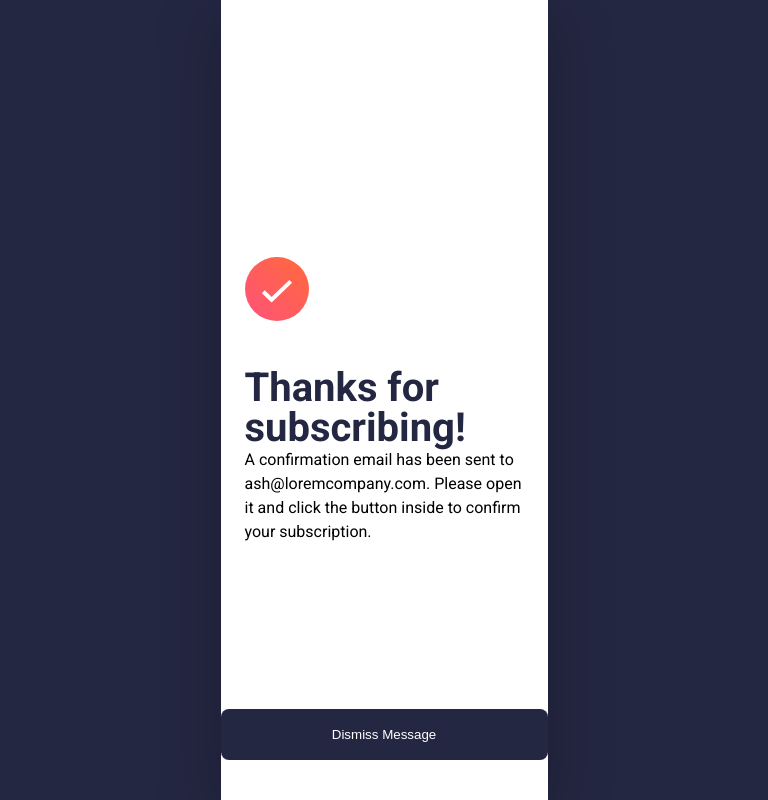
Repository: brandontaylor1/newsletter-signup
Page: success.html
An editor plug-in stored every save of this project. The page is shown before and after a run of saves, followed by the edit.
The browser window is 768 px wide. The pictures show the whole page.

Above is the page before, as saved 2025-01-20 10:36:14.

### success.html
<!DOCTYPE html>
<html lang="en">
<head>
    <meta charset="UTF-8">
    <meta name="viewport" content="width=device-width, initial-scale=1.0">
    <link rel="preconnect" href="https://fonts.googleapis.com">
    <link rel="preconnect" href="https://fonts.gstatic.com" crossorigin>
    <link href="https://fonts.googleapis.com/css2?family=Roboto:ital,wght@0,100..900;1,100..900&display=swap" rel="stylesheet">
    <link rel="stylesheet" href="success.css">
    <title>Success | Newsletter Sign Up</title>
</head>
<body>
    <main class="container">
        <div class="success-card">
            <div class="success-card-text">
                <img src="./assets/images/icon-success.svg" alt="success icon">
                <h1>Thanks for subscribing!</h1>
                <p>A confirmation email has been sent to <span>ash@loremcompany.com</span>. Please open it and click the button inside to confirm your subscription.</p>
            </div>
            <button id="dismiss-btn">Dismiss Message</button>
        </div>
    </main>


    <script src="success.js"></script>
</body>
</html>

### success.css
* {
    margin: 0;
    padding: 0;
    box-sizing: border-box;
}

:root {
    /* COLORS */

    --primary-color-tomato: hsl(4, 100%, 67%);
    --neutral-color-white: hsl(0, 0%, 100%);
    --neutral-color-darkGray: hsl(234, 29%, 20%);
    --neutral-color-charcoalGray: hsl(235, 18%, 26%);
    --neutral-color-gray: hsl(231, 7%, 60%);

    /* FONTS */
    --fontWeight-regular: 400;
    --fontWeight-heavy: 700;
}

body {
    font-family: "Roboto", sans-serif;
    font-size: 16px;
    line-height: 1.5;
}

.container {
    display: flex;
    justify-content: center;
    align-items: center;
    height: 100vh;
    background-color: var(--neutral-color-darkGray);
}

.success-card {
    width: 504px;
    height: 520px;
    background-color: var(--neutral-color-white);
    border-radius: 36px;
    box-shadow: 0px 15px 60px 0px rgba(0, 0, 0, 0.25);
    padding: 64px 64px;
    display: flex;
    flex-direction: column;
    justify-content: space-between;
    align-items: left;
    position: relative;

}

.success-card h1 {
    color: var(--neutral-color-darkGray);
    /* Heading */
    font-family: Roboto;
    font-size: 56px;
    font-style: normal;
    font-weight: 700;
    line-height: 100%; /* 56px */
}

.success-card img {
    width: 64px;
    height: 64px;
}

button {
    width: 100%;
    padding: 18px 0;
    text-align: center;
    border: none;
    cursor: pointer;
    border-radius: 8px;
    background: var(--Dark-Navy, #242742);
    color: white;
    position: absolute;
    bottom: 0;
    left: 0;
    right: 0;
    transition: all 0.3s ease;
}

button:hover {
    background: var(--Gradient-1, linear-gradient(204deg, #FF6A3A 0%, #FF527B 100%));
    box-shadow: 0px 16px 32px 0px rgba(255, 97, 85, 0.50);
}


/* Responsive */

@media screen and (max-width: 800px) {

    .container {
        display: flex;
        flex-direction: column;
        align-items: center;
        justify-content: center;
    }

    .success-card {
        width: 327px;
        height: 812px;
        padding: 40px 24px;
        border-radius: 0px;
        display: flex;
        flex-direction: column;
        justify-content: space-around;
        align-items: center;
    }

    .success-card h1 {
        width: 100%;
        color: var(--Dark-Navy, #242742);
        font-family: Roboto;
        font-size: 40px;
        font-style: normal;
        font-weight: 700;
        line-height: 100%;
    }

    .success-card img {
        width: 64px;
        height: 64px;
        margin-bottom: 40px;
    }

    #dismiss-btn {
        margin-bottom: 40px;

    }
}

### success.js
const dismissBtn = document.querySelector('#dismiss-btn');

dismissBtn.addEventListener('click', () => {
    window.location.href = 'index.html';
})

After the next 2 saves:
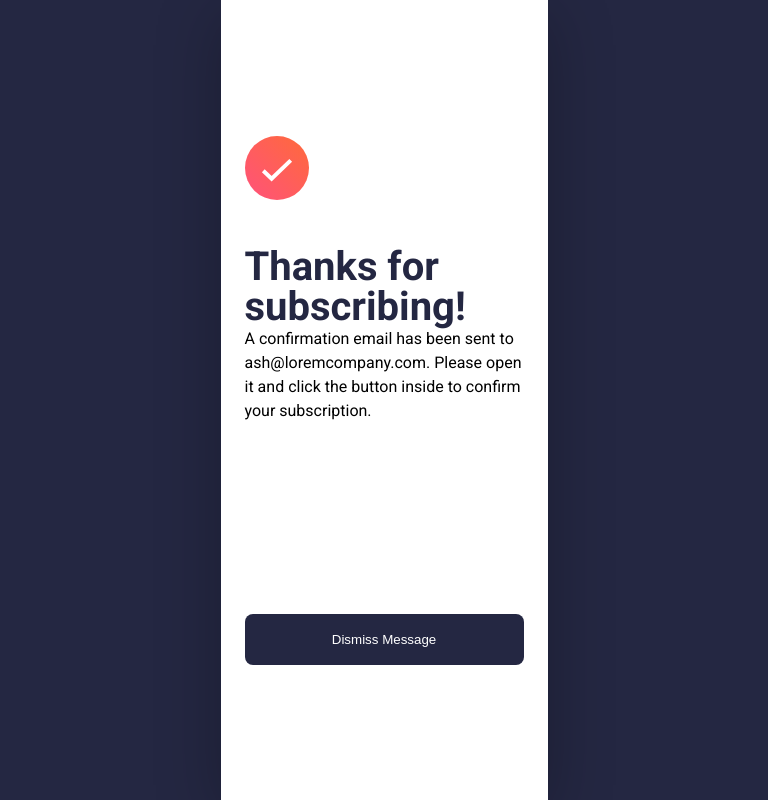
The 2 saves are shown as one change because they came seconds apart.
The last was saved 27 s later.
--- a/success.css
+++ b/success.css
@@ -43,7 +43,6 @@ body {
     flex-direction: column;
     justify-content: space-between;
     align-items: left;
-    position: relative;
 
 }
 
@@ -71,10 +70,6 @@ button {
     border-radius: 8px;
     background: var(--Dark-Navy, #242742);
     color: white;
-    position: absolute;
-    bottom: 0;
-    left: 0;
-    right: 0;
     transition: all 0.3s ease;
 }
 
@@ -122,8 +117,5 @@ button:hover {
         margin-bottom: 40px;
     }
 
-    #dismiss-btn {
-        margin-bottom: 40px;
 
-    }
 }
